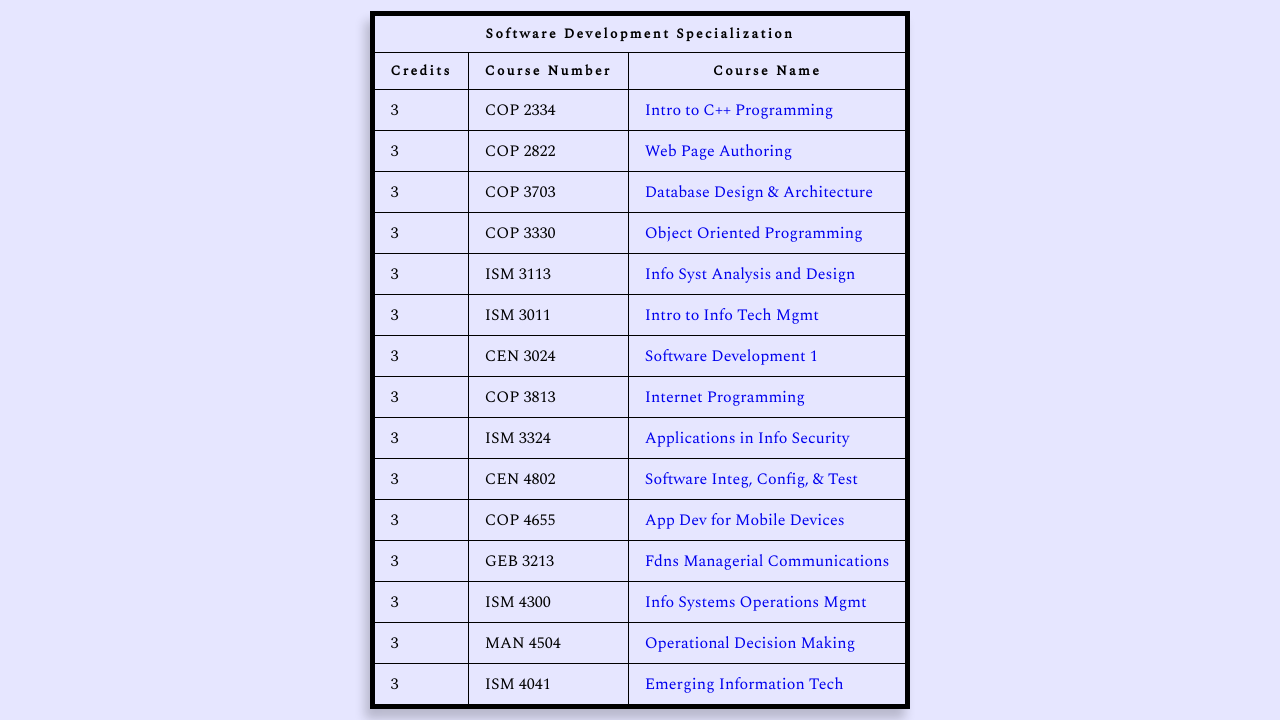
Repository: mlmEFSC21/P5-DegreeTableStyling
Page: FormattedProgramSpecialization3.html
The author's editor kept a copy of each file at every save. The page is drawn from the files as they stood at one save, then again after the next save.
The browser window is 1280 px wide. The pictures show the whole page.

Above is the page before, as saved 2022-02-07 15:35:27.

After the next save:
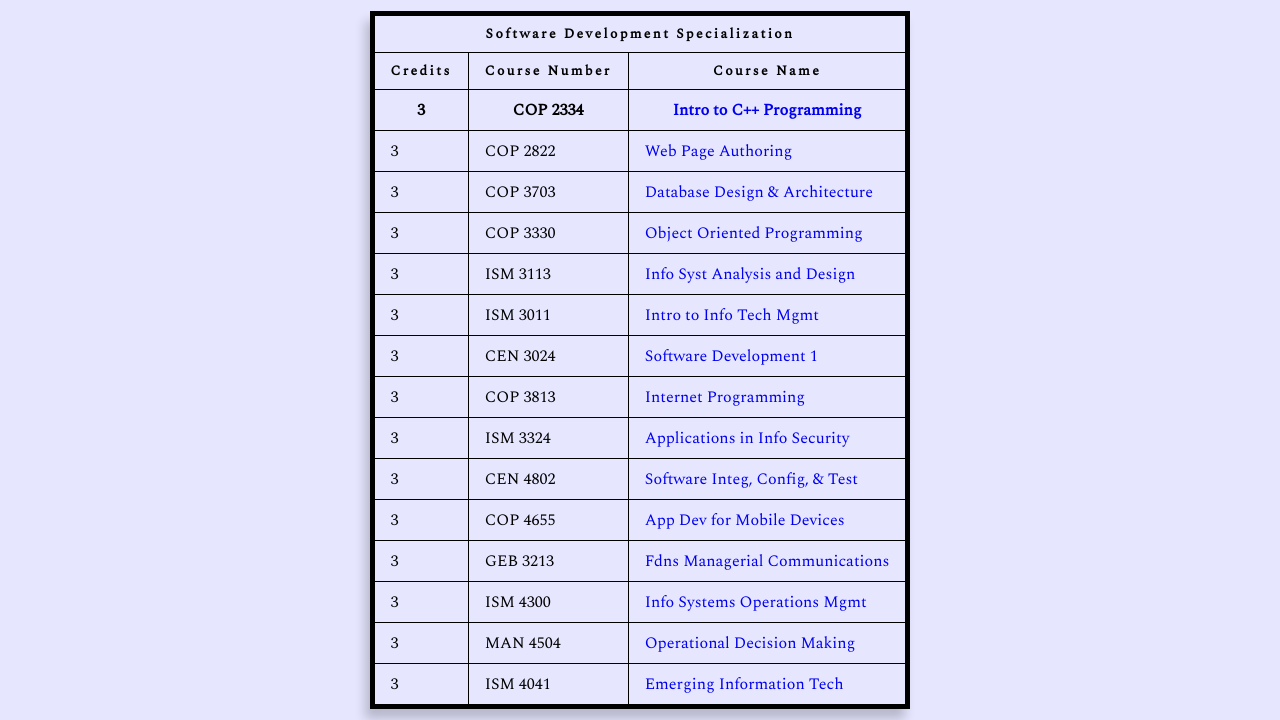
Saved 35 s later.
--- a/tableStyles.css
+++ b/tableStyles.css
@@ -38,7 +38,7 @@ thead {
     font-size: 0.85rem;
     font-weight: 900;
 }
-thead:first-child tr {
+tr:first-child {
     font-size: 36;
     font-weight: bold;
     text-align: center;

After the save that followed:
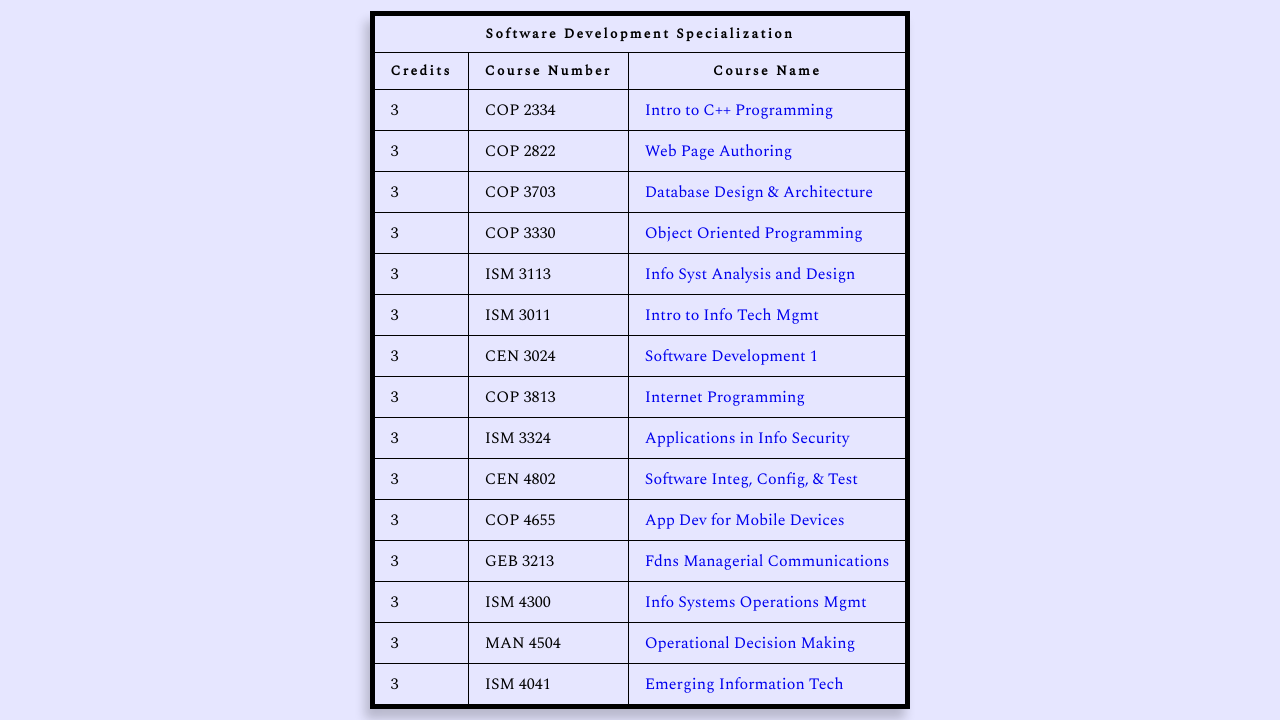
Saved 88 s later.
--- a/tableStyles.css
+++ b/tableStyles.css
@@ -38,7 +38,7 @@ thead {
     font-size: 0.85rem;
     font-weight: 900;
 }
-tr:first-child {
+th:first-child {
     font-size: 36;
     font-weight: bold;
     text-align: center;
